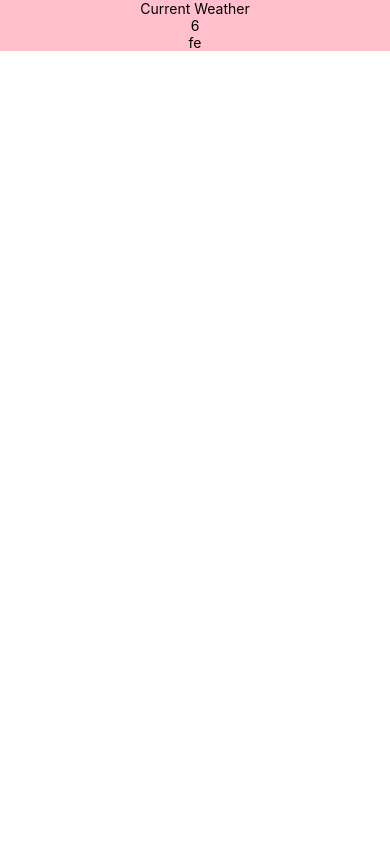
Repository: akinmiday/fcc
Screen: / (app in WeatherApp/)
An editor plug-in stored every save of this project. The screen is shown before and after the next save, followed by the edit.
The app was drawn by React Native's web renderer in a window 390 px wide. The project was rebuilt for these pictures with package versions that can differ from the ones it lists, and the page was loaded fresh each time.

Above is the screen before, as saved 2023-07-18 06:59:22.

### WeatherApp/App.js
import React from "react";
import { View, Text, SafeAreaView, StyleSheet } from "react-native";

const App = () =>{
  return(
   <SafeAreaView style={styles.wrapper} >
     <View style={styles.container} >
      <Text>Current Weather</Text>
      <Text>6</Text>
      <Text>fe</Text>
      <Text></Text>
      <Text></Text>
    </View>
   </SafeAreaView>
  )
}

const styles= StyleSheet.create({
  wrapper:{
    flex:1,
  },
  container:{
    backgroundColor: 'pink',
    alignItems: 'center'
  }
})

export default App

After the next save:
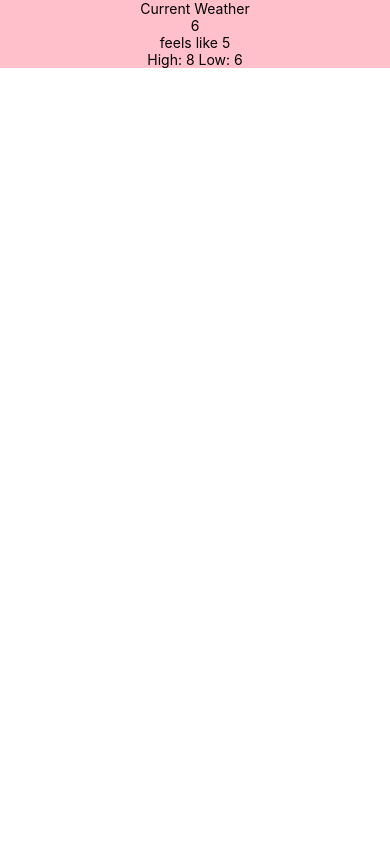
Saved 33 s later.
--- a/WeatherApp/App.js
+++ b/WeatherApp/App.js
@@ -7,9 +7,8 @@ const App = () =>{
      <View style={styles.container} >
       <Text>Current Weather</Text>
       <Text>6</Text>
-      <Text>fe</Text>
-      <Text></Text>
-      <Text></Text>
+      <Text>feels like 5</Text>
+      <Text>High: 8 Low: 6</Text>
     </View>
    </SafeAreaView>
   )
